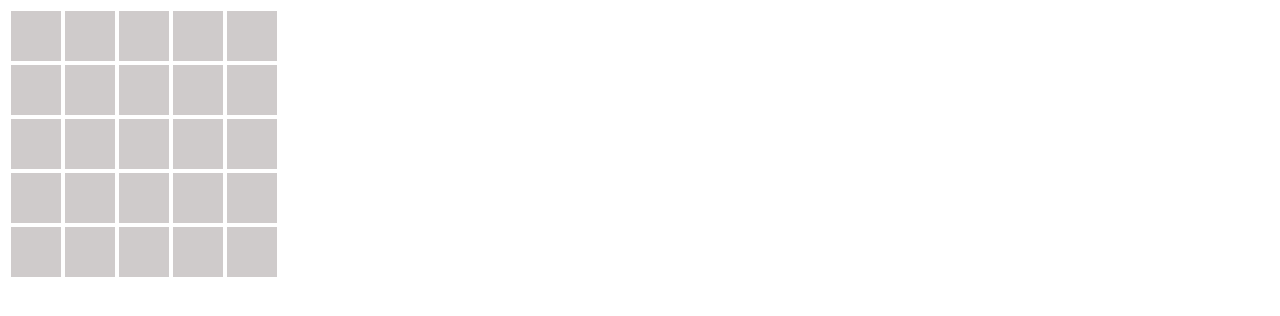
Repository: tungts3qb/BTCodeGym
Page: CaroGame/index.html
The author's editor kept a copy of each file at every save. The page is drawn from the files as they stood at one save, then again after a run of saves.
The browser window is 1280 px wide. The pictures show the whole page.

Above is the page before, as saved 2023-02-10 21:46:50.

After the next 2 saves:
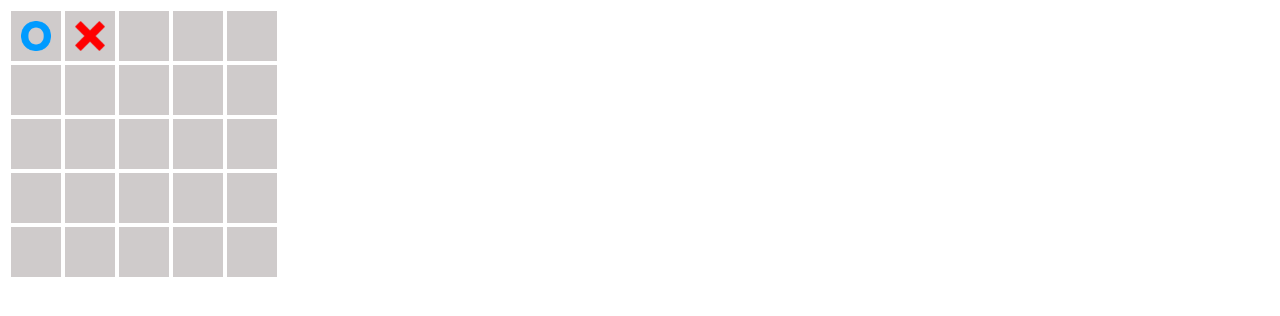
The 2 saves are shown as one change because they came seconds apart.
The last was saved 26 s later.
--- a/CaroGame/index.html
+++ b/CaroGame/index.html
@@ -14,11 +14,13 @@
           <tr>
             <td>
               <div class="square" id="00" onclick="Click(id)">
-                <div class="square-icon"></div>
+                <div class="square-icon-o"></div>
               </div>
             </td>
             <td>
-              <div class="square" id="01" onclick="Click(id)"></div>
+              <div class="square" id="01" onclick="Click(id)">
+                <div class="square-icon-x"></div>
+              </div>
             </td>
             <td>
               <div class="square" id="02" onclick="Click(id)"></div>
